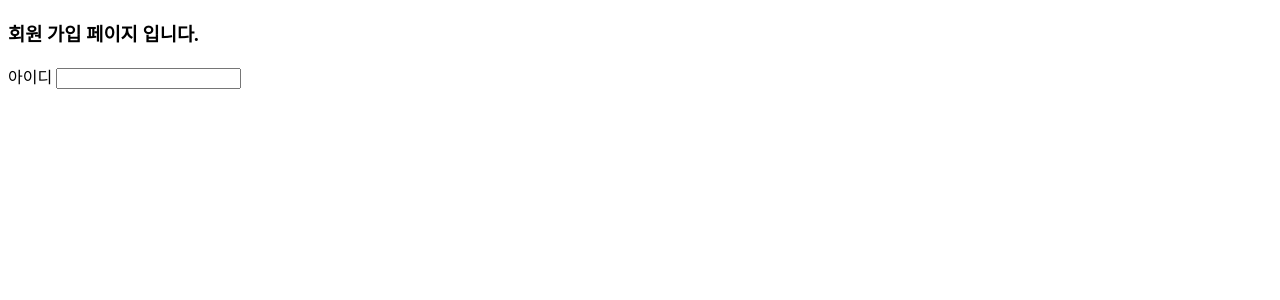
Repository: hyunhee7/web_work
Page: http://localhost/Step09_Auth/users/signup_form.jsp
These files come from the project's save history. The page is drawn as it stood at one moment and after the next save; the edit follows.
The browser window is 1280 px wide. The pictures show the whole page.
The page is served by Tomcat 9.

Above is the page before, as saved 2017-06-28 06:37:36.

After the next save:
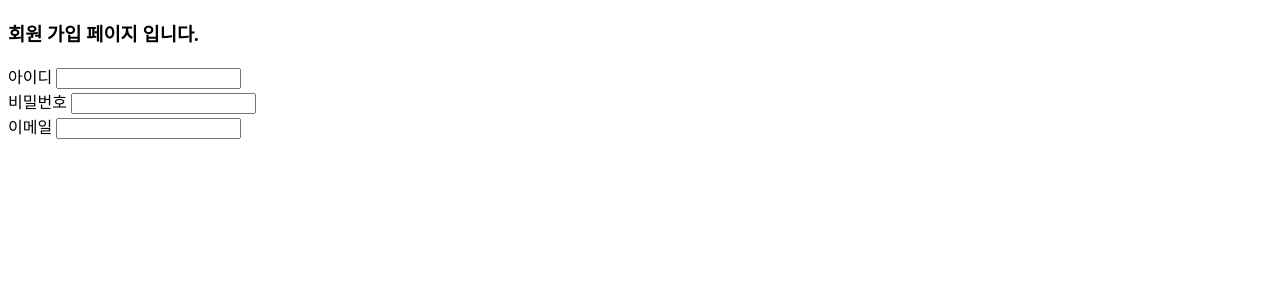
Saved 54 s later.
--- a/Step09_Auth/WebContent/users/signup_form.jsp
+++ b/Step09_Auth/WebContent/users/signup_form.jsp
@@ -10,7 +10,11 @@
 <h3>회원 가입 페이지 입니다.</h3>
 <form action="signup.jsp" method="post">
 	<label for="id">아이디</label>
-	<input type="text" name="id" id="id" />
+	<input type="text" name="id" id="id" /> <br />
+	<label for="pwd">비밀번호</label>
+	<input type="text" name="pwd"  id="pwd"/><br />
+	<label for="email" >이메일</label>
+	<input type="text" name="email" />
 </form>
 </body>
 </html>
